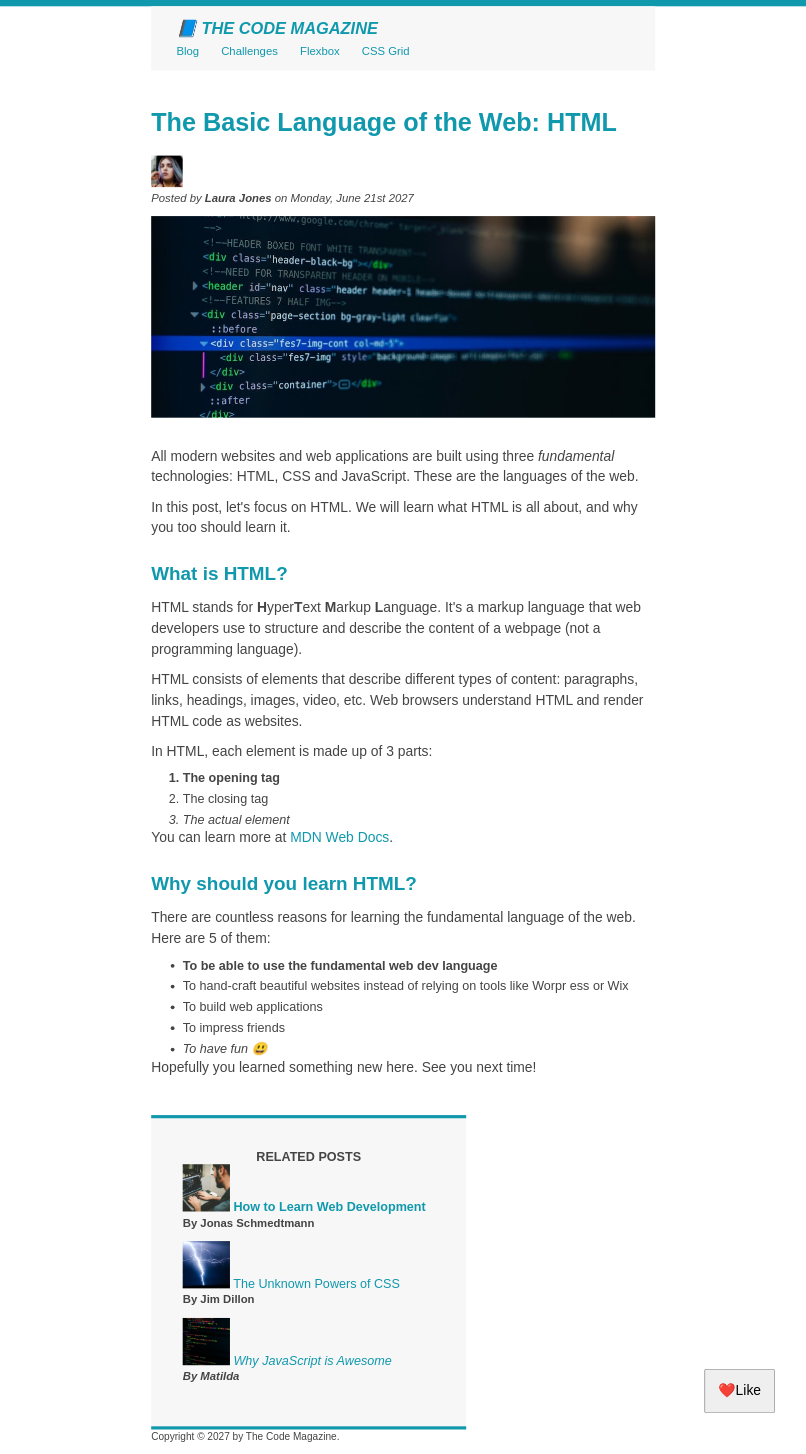
Repository: sunny070/CSS
Page: #1/index.html
The author's editor kept a copy of each file at every save. The page is drawn from the files as they stood at one save, then again after the next save.
The browser window is 1280 px wide. The pictures show the whole page, at 63% of full size.

Above is the page before, as saved 2023-11-06 11:09:52.

### #1/index.html
<!DOCTYPE html>
<html lang="en">
  <head>
    <meta charset="UTF-8" />
    <title>The Basic Language of the Web: HTML</title>
    <link rel="stylesheet" href="style.css">
  </head>

  <body>
    <!--
    <h1>The Basic Language of the Web: HTML</h1>
    <h2>The Basic Language of the Web: HTML</h2>
    <h3>The Basic Language of the Web: HTML</h3>
    <h4>The Basic Language of the Web: HTML</h4>
    <h5>The Basic Language of the Web: HTML</h5>
    <h6>The Basic Language of the Web: HTML</h6>
    -->
<div class="container">
    <header class="main-header">
      <h1>📘 The Code Magazine</h1>

      <nav>
        <a href="blog.html">Blog</a>
        <a href="#">Challenges</a>
        <a href="#">Flexbox</a>
        <a href="#">CSS Grid</a>
      </nav>
    </header>

    <article>
      <!-- <p>Test</p> -->
      <header class="post-header">
        <h2>The Basic Language of the Web: HTML</h2>

        <img
          src="img/laura-jones.jpg"
          alt="Headshot of Laura Jones"
          height="50"
          width="50"

        />

        <p id="author">Posted by <strong>Laura Jones</strong> on Monday, June 21st 2027</p>

        <img
          src="img/post-img.jpg"
          alt="HTML code on a screen"
          width="500"
          height="200"
          class="post-img"
        />
      </header>

      <p>
        All modern websites and web applications are built using three
        <em>fundamental</em>
        technologies: HTML, CSS and JavaScript. These are the languages of the
        web.
      </p>

      <p>
        In this post, let's focus on HTML. We will learn what HTML is all about,
        and why you too should learn it.
      </p>

      <h3>What is HTML?</h3>
      <p>
        HTML stands for <strong>H</strong>yper<strong>T</strong>ext
        <strong>M</strong>arkup <strong>L</strong>anguage. It's a markup
        language that web developers use to structure and describe the content
        of a webpage (not a programming language).
      </p>
      <p>
        HTML consists of elements that describe different types of content:
        paragraphs, links, headings, images, video, etc. Web browsers understand
        HTML and render HTML code as websites.
      </p>
      <p>In HTML, each element is made up of 3 parts:</p>

      <ol>
        <li class="first-li">The opening tag</li>
        <li>The closing tag</li>
        <li>The actual element</li>
      </ol>

      <p>
        You can learn more at
        <a
          href="https://developer.mozilla.org/en-US/docs/Web/HTML"
          target="_blank"
          >MDN Web Docs</a
        >.
      </p>

      <h3>Why should you learn HTML?</h3>

      <p>
        There are countless reasons for learning the fundamental language of the
        web. Here are 5 of them:
      </p>

      <ul>
        <li class="first-li">To be able to use the fundamental web dev language</li>
        <li>
          To hand-craft beautiful websites instead of relying on tools like
          Worpr ess or Wix
        </li>
        <li>To build web applications</li>
        <li>To impress friends</li>
        <li>To have fun 😃</li>
      </ul>

      <p>Hopefully you learned something new here. See you next time!</p>
    </article>

    <aside>
      <h4>Related posts</h4>

      <ul class="related">
        <li>
          <img
            src="img/related-1.jpg"
            alt="Person programming"
            width="75"
            width="75"
          />
          <a href="#">How to Learn Web Development</a>
          <p class="related-author">By Jonas Schmedtmann</p>
        </li>
        <li>
          <img src="img/related-2.jpg" alt="Lightning" width="75" heigth="75" />
          <a href="#">The Unknown Powers of CSS</a>
          <p class="related-author">By Jim Dillon</p>
        </li>
        <li>
          <img
            src="img/related-3.jpg"
            alt="JavaScript code on a screen"
            width="75"
            height="75"
          />
          <a href="#">Why JavaScript is Awesome</a>
          <p class="related-author">By Matilda</p>
        </li>
      </ul>
    </aside>

    <footer> <p id="copyright" class="copyright text">Copyright &copy; 2027 by The Code Magazine.</p> </footer>
  </div>
  <button class="">❤️Like</button>
  </body>
</html>

### #1/style.css
*{
    margin:0;
    padding:0;
    box-sizing: border-box;

}
/* PAGE SECTION */
body{
    /* color:red; */
    color:#444;
    font-family: sans-serif;
    border-top:10px solid #1098ad;
    position: relative;

}
.container{
    width: 800px;
    /* margin-left: auto;
    margin-right: auto; */
    margin:0 auto;
}
.main-header{
    background-color:#f7f7f7 ;
    /* padding: 20px;
    padding-left: 40px;
    padding-right:40px; */
    padding:20px 40px;
    margin-bottom:60px;
    /* height:80px; */
}
nav {
    font-size: 18px;
    }

article{
    margin-bottom:60px;
}



.post-header{
    margin-bottom:40px;
}
aside{
    background-color:#f7f7f7;
    border-top: 5px solid #1098ad;
    border-bottom: 5px solid #1098ad;
    /* padding-top:50px;
    padding-bottom:50px; */
    padding: 50px 0;
    width:500px;

}
/* SMALLER ELEMENTS */
h1,h2,h3{
    color:#1098ad;
}

h1{

    font-size: 26px;

    text-transform: uppercase;
    font-style: italic;

}
h2{
    font-size: 40px;
    margin-bottom:30px;


}
h3{
    font-size: 30px;
    margin-bottom:20px;
    margin-top:40px;

}
h4{
    font-size:20px;
    font-family:sans-serif;
    text-transform: uppercase;
    text-align: center;
}
p{
    font-size: 22px;
    /* display:inline ; */
    line-height: 1.5;
    margin-bottom:15px;
}

ul,ol{
    margin-left:50px;
}
li{
    /* display:inline ; */
    font-size: 20px;
    margin-bottom:10px ;
}
li:last-child{
    margin-bottom: 0;
}
/* footer p{
    font-size:16px ;
} */

/* article header p{
    font-style: italic;
} */

#author{
    font-style: italic;
    font-size: 18px;
}
#copyright{
    font-size :16px;
}

.related-author{
    font-size:18px;
    font-weight:bold;
}
/* ul{
  list-style: none;
} */

.related{
    list-style: none;
}


/* .first-li{
    font-weight: bold;
} */
li:first-child{
    font-weight: bold;
}

li:last-child{
    font-style: italic;
}
li:nth-child(even){
    /* color:red; */
}

/* Misconception this won't work */
article p:first-child{
    color:red;
}

/* Style Links */
a:link{
    color:#1098ad;
    text-decoration: none;
}
a:visited{
    /* color:#777;
     */
     color: #1098ad;
}
a:hover{
    cursor: pointer;
    color:orange;
    font-weight: bold;
    text-decoration: underline orangered;
}
a:active{
    background-color:black;
    font-style: italic;
}
/* LVHA */

.post-img{
    width:100%;
    height: auto;
    /* margin: 100px; */
}
nav a:link{
    /* background-color: orangered;
    margin: 20px;
    padding: 20px;
    display: block; */
    margin-right:30px ;
    margin-top:10px;
    display: inline-block;
}
nav a:link:last-child{
    margin-right: 0;
}
button{
    font-size: 22px;
    padding: 20px;
    cursor:pointer;
    position: absolute;
    /* top: 50px;
    left: 50px; */
    bottom: 50px;
    right: 50px;
}
/* resolving conflicts */
/* #copyright{
    color:red;
}
.copyright{
    color:blue;
}
.text{
    color:yellow;
}

footer p{
    color: #000;
} */

After the next save:
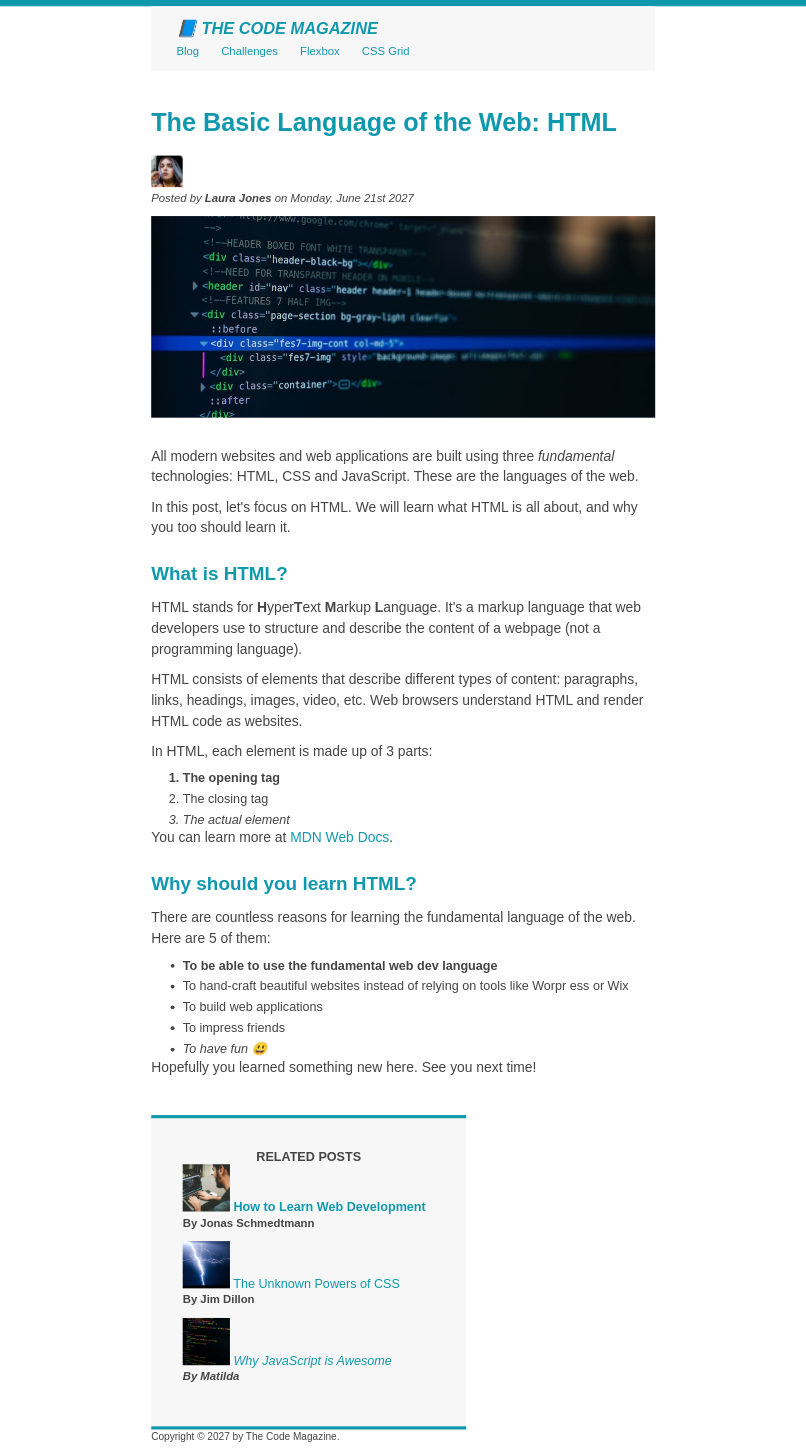
Saved 53 s later.
--- a/#1/index.html
+++ b/#1/index.html
@@ -147,6 +147,5 @@
 
     <footer> <p id="copyright" class="copyright text">Copyright &copy; 2027 by The Code Magazine.</p> </footer>
   </div>
-  <button class="">❤️Like</button>
   </body>
 </html>

After the save that followed:
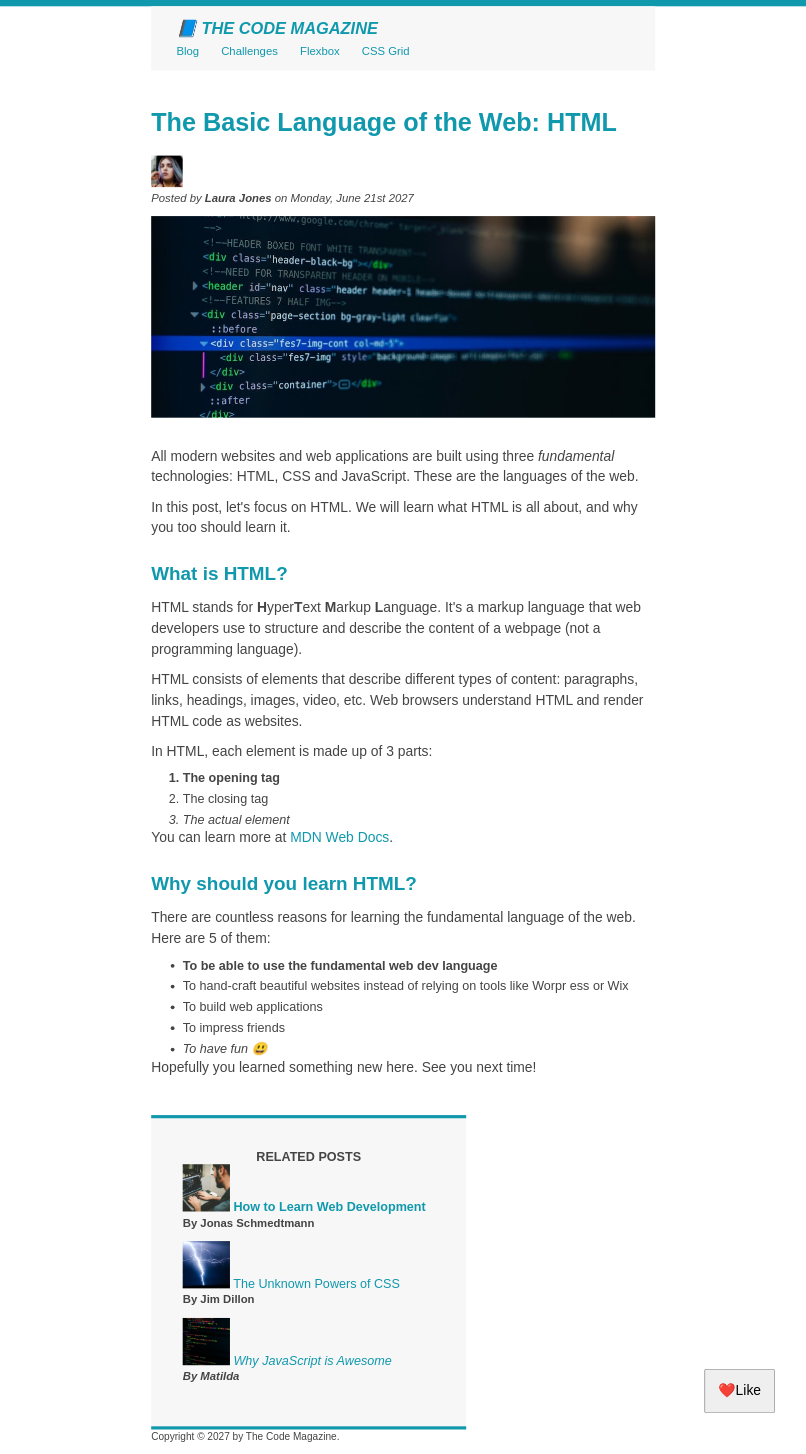
Saved 21 s later.
--- a/#1/index.html
+++ b/#1/index.html
@@ -49,6 +49,8 @@
           height="200"
           class="post-img"
         />
+  <button class="">❤️Like</button>
+
       </header>
 
       <p>
